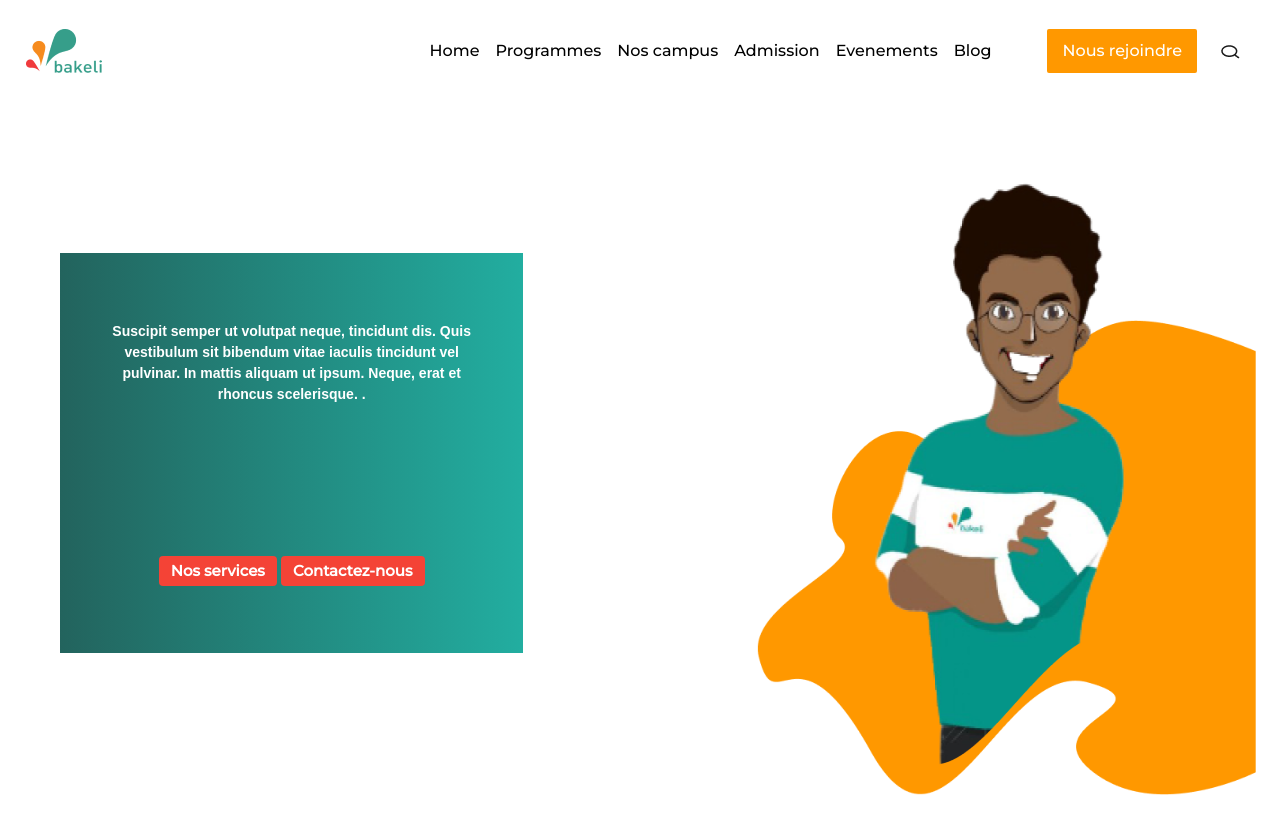
Repository: wadelfadill/tache_6_validation_prototype_bootstrap
Page: index.html
The author's editor kept a copy of each file at every save. The page is drawn from the files as they stood at one save, then again after the next save.
The browser window is 1280 px wide. The pictures show the whole page.
Some web libraries are served in a nearby version.

Above is the page before, as saved 2023-04-24 12:49:31.

### index.html
<!DOCTYPE html>
<html lang="en">
<head>
    <meta charset="UTF-8">
    <meta http-equiv="X-UA-Compatible" content="IE=edge">
    <meta name="viewport" content="width=device-width, initial-scale=1.0">
    <!--------titre du site--------->
    <title>Document</title>

    <!-------link vers le site de bootstrap-->
    <link href="https://cdn.jsdelivr.net/npm/bootstrap@5.1.3/dist/css/bootstrap.min.css" rel="stylesheet" integrity="sha384-1BmE4kWBq78iYhFldvKuhfTAU6auU8tT94WrHftjDbrCEXSU1oBoqyl2QvZ6jIW3" crossorigin="anonymous">

    <!--------link vers le fichier css---------->
    <link rel="stylesheet" href="style.css">

    <!---------Google Fonts links------------>
    <link rel="preconnect" href="https://fonts.googleapis.com">
    <link rel="preconnect" href="https://fonts.gstatic.com" crossorigin>
    <link href="https://fonts.googleapis.com/css2?family=Manrope&family=Montserrat:wght@500&family=Poppins:wght@200&family=Roboto&display=swap" rel="stylesheet">
    <!------------ Google Font Awesome ----------->
    <script src="https://kit.fontawesome.com/8f130c8a35.js" crossorigin="anonymous"></script>
</head>
<body>

    <!-- ========== Start Header Section ========== -->
    <header id="header">
        <nav class="navbar navbar-expand-lg">
            <div class="container-fluid p-3">
              <a class="navbar-brand" href="#"><img src="image/logo.png" alt=""></a>
              <button class="navbar-toggler" type="button" data-bs-toggle="collapse" data-bs-target="#navbarNav" aria-controls="navbarNav" aria-expanded="false" aria-label="Toggle navigation">
                <i class="fa-solid fa-bars" style="color: #000000;"></i>
              </button>
              <div class="collapse navbar-collapse mt-4 mt-lg-0" id="navbarNav">
                <ul class="navbar-nav ms-auto">
                  <li class="nav-item">
                    <a class="nav-link active" aria-current="page" href="#">Home</a>
                  </li>
                  <li class="nav-item">
                    <a class="nav-link" href="#">Programmes</a>
                  </li>
                  <li class="nav-item">
                    <a class="nav-link" href="#">Nos campus</a>
                  </li>
                  <li class="nav-item">
                    <a class="nav-link" href="#">Admission</a>
                  </li>
                  <li class="nav-item">
                    <a class="nav-link" href="#">Evenements</a>
                  </li>
                  <li class="nav-item">
                    <a class="nav-link" href="">Blog</a>
                  </li>
                </ul>
                <button class="btn btn-primary ms-lg-5 mt-3 mt-lg-0">Nous rejoindre</button>
                <a href="#" class="me-lg-4 ms-lg-4 ms-1 d-block d-lg-inline mt-3 mt-lg-0"><img src="image/Groupsearch.png" alt=""></a>
              </div>
            </div>
          </nav>
    </header>
    <!-- ========== End Header Section ========== -->
    <!---------------------------------------------------->
    <!-- ========== Start Main Section ========== -->
    <main id="main">
        <!-- ========== Start Home Section ========== -->
        <section id="home">
            <div class="container-fluid">
                <div class="row align-items-center d-flex flex-column-reverse flex-md-row gy-4 gy-md-0 m-0">
                    <div class="col-md-5 ps-md-5">
                        <div class="container space-vert justify-content-between text-center d-flex justify-content-around flex-column">
                            <p>Suscipit semper ut volutpat neque, tincidunt dis.
                                Quis <br> vestibulum sit bibendum vitae iaculis tincidunt
                                 vel <br> pulvinar. In mattis aliquam ut ipsum.
                                 Neque, erat et <br> rhoncus scelerisque. .
                            </p>
                            <div class="d-grid gap-2 d-md-block d-block">
                                <button class="btn btn-primary" type="button">Nos services</button>
                                <button class="btn btn-primary" type="button">Contactez-nous</button>
                            </div>
                        </div>
                    </div>
                    <div class="col-md-5 offset-md-2">
                        <div class="img">
                            <img src="image/Group 27.png" class="img-fluid w-100 h-100 profile"alt="">
                        </div>
                    </div>
                </div>
            </div>
        </section>
        <!-- ========== End Home Section ========== -->

        <!-- ========== Start Formation Section ========== -->
        <section id="formations">

        </section>
        <!-- ========== End Formation Section ========== -->

        <!-- ========== Start Cours Section ========== -->
        <section id="cours">

        </section>
        <!-- ========== End Cours Section ========== -->

        <!-- ========== Start diplomes Section ========== -->
        <section id="diplomes">

        </section>
        <!-- ========== End diplomes Section ========== -->

        <!-- ========== Start coach Section ========== -->
        <section id="coach">

        </section>
        <!-- ========== End coach Section ========== -->

        <!-- ========== Start activites Section ========== -->
        <section id="activites">

        </section>
        <!-- ========== End activites Section ========== -->

        <!-- ========== Start partenaires Section ========== -->
        <section id="partenaires">

        </section>
        <!-- ========== End partenaires Section ========== -->

    </main>
    <!-- ========== End Main Section ========== -->
    <!----------------------------------------------------->
    <!-- ========== Start Footer Section ========== -->
    <footer id="footer">

    </footer>
    <!-- ========== End Footer Section ========== -->
    <!------------------------------------------------------->
    <!----------- bootstrap script ------------->
    <script src="https://cdn.jsdelivr.net/npm/bootstrap@5.1.3/dist/js/bootstrap.bundle.min.js" integrity="sha384-ka7Sk0Gln4gmtz2MlQnikT1wXgYsOg+OMhuP+IlRH9sENBO0LRn5q+8nbTov4+1p" crossorigin="anonymous"></script>
</body>
</html>

### style.css
/* ===== variables css ======= */
:root{
    --bg-white:#FFFFFF;
    --bg-orange:#FF9800;
    --bg-green:#009688;
    --bg-linear-green: linear-gradient(90deg, rgba(13, 66, 61, 0.9) -22.84%, rgba(12, 199, 181, 0.9) 138.88%),linear-gradient(0deg, #E6E6E6, #E6E6E6);
    --bg-second-orange:#F44336;
    --bg-gray:rgba(238, 249, 248, 0.9);

}

/*======== General ============*/
*{
    padding: 0;
    margin: 0;
}
body{
    padding: 0;
    margin: 0;
    background: var(--bg-white);
}

/*============= navbar ================*/
nav{
    font-family: 'Montserrat';
    font-weight: 400;
    color: black;
    background: var(--bg-white);
    padding-left: 10px;
}
nav .navbar-brand img{
    width: 76px;
    height: 43.78px;
}
nav a.nav-link{
    color: black;
    padding-left: 10px;
    padding-right: 10px;
}
nav a.nav-link:hover, nav a.nav-link:focus{
    color: black;
}
nav .btn-primary, nav .btn-primary:hover, nav .btn-primary:focus{
    background: var(--bg-orange);
    color: var(--bg-white);
    border: none;
    box-shadow: none;
}
nav #navbarNav button{
    padding: 10px;
    padding-left: 15px;
    padding-right: 15px;
    border-radius: 2px;
}
nav button i{
    font-size: 40px;
}
nav .navbar-toggler:focus{
    box-shadow: none;
    border: none;
}

/* =========== home section =========== */
#home{
    margin-top: 10px;
    margin-bottom: 40px;
}
.space-vert{
    width: 100%;
    height: 400px;
    background: var(--bg-linear-green);
}
.space-vert p{
    font-family: 'arial';
    font-weight: 700;
    font-size: 14px;
    line-height: 21px;
    color: var(--bg-white);
}
.space-vert .btn-primary, .space-vert .btn-primary:hover, .space-vert .btn-primary:focus{
    font-family: 'Montserrat';
    background: var(--bg-second-orange);
    color: var(--bg-white);
    border: none;
    box-shadow: none;
    font-weight: 700;
    font-size: 15px;
    line-height: 18px;
}
.profile{
    background-image: url("image/Vectors.png");
    background-repeat: no-repeat;
    background-position: bottom;
    background-size: contain;
}
.img{
    width: 100%;
    height: 682.83px;
}

After the next save:
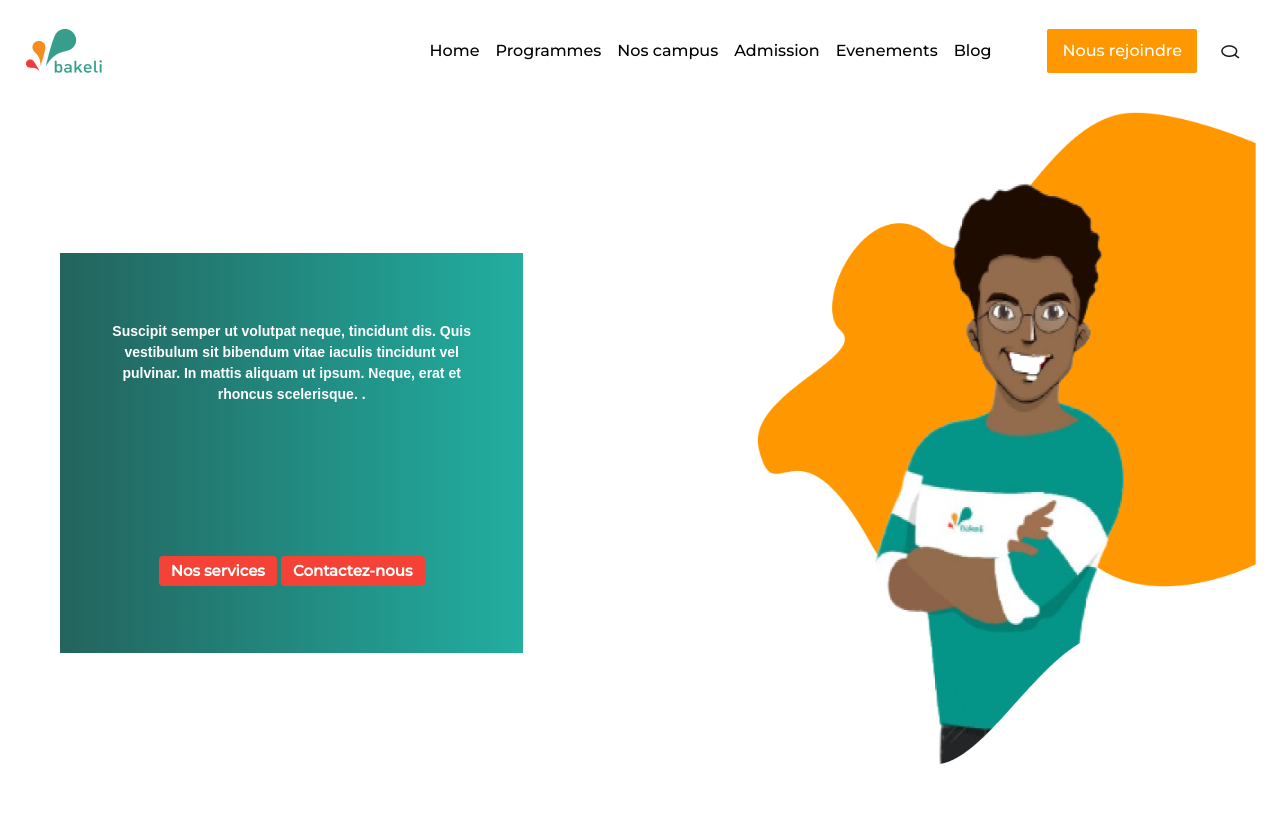
Saved 33 s later.
--- a/style.css
+++ b/style.css
@@ -90,7 +90,7 @@
 .profile{
     background-image: url("image/Vectors.png");
     background-repeat: no-repeat;
-    background-position: bottom;
+    background-position: bottom 5px;
     background-size: contain;
 }
 .img{

After the 3 saves that followed:
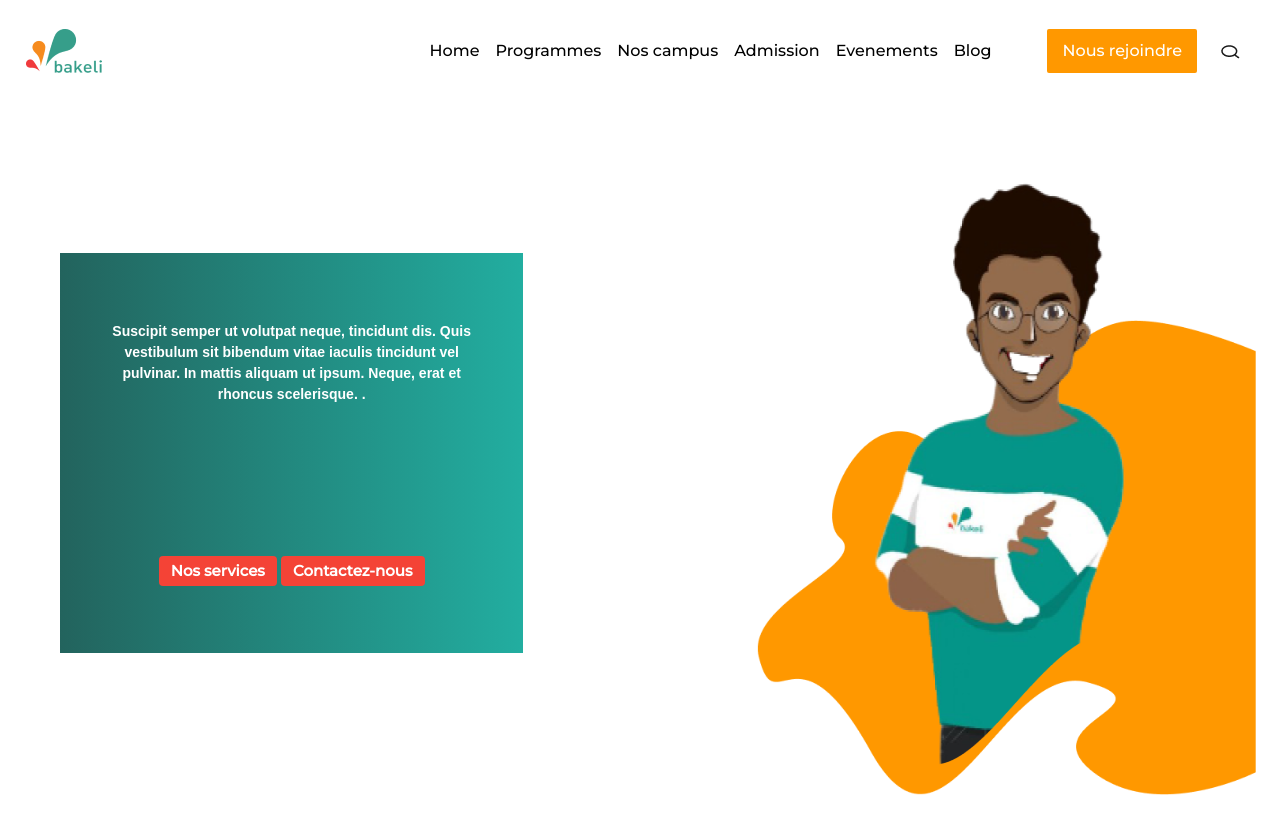
The 3 saves are shown as one change because 2 left the picture as it was.
The last was saved 36 s later.
--- a/style.css
+++ b/style.css
@@ -90,7 +90,7 @@
 .profile{
     background-image: url("image/Vectors.png");
     background-repeat: no-repeat;
-    background-position: bottom 5px;
+    background-position: bottom;
     background-size: contain;
 }
 .img{
